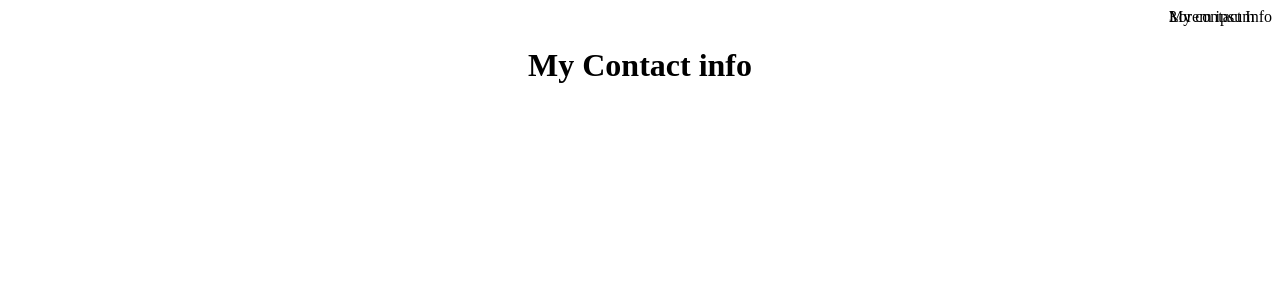
Repository: Melinda-Nanjad-Personal-Website/Personal-web
Page: contact.html
The author's editor kept a copy of each file at every save. The page is drawn from the files as they stood at one save, then again after the next save.
The browser window is 1280 px wide. The pictures show the whole page.

Above is the page before, as saved 2023-07-27 20:39:00.

### contact.html
<!DOCTYPE html>
<html lang="en">
<head>
    <meta charset="UTF-8">
    <meta name="viewport" content="width=device-width, initial-scale=1.0">
    <link rel="stylesheet" type="text/css" href="cf.css">
    <title>Contact Page</title>
</head>
<body>
    <div class="container">
        <div class="item item-1"> Lorem ipsum</div>
             <div class="item item-2"> My contact Info</div>
                <div class="item item-3"> 3</div>
    </div>

    <h1><center/>My Contact info</h1>
</body>
<main class="Contact info"
<article class="My contact Info"</article>
</html>

### cf.css
.border-primary-400{
    border: 2px solid #a775f1;
}

.container {
    display: grid;
   grid gap: 1.5rem;
    grid-template-columns: 1fr 1fr 1fr;
}

.item-1 {
    grid-row- span 2;
    grid-column: 1/5;
    grid-area: main;
}

.item-2 {
    grid-row: span 3;
    grid column: 1/5;
    grid-area:left
}

.item-3 {
    grid-row: span
    grid column 1/5;
    grid-area :right
}

After the next save:
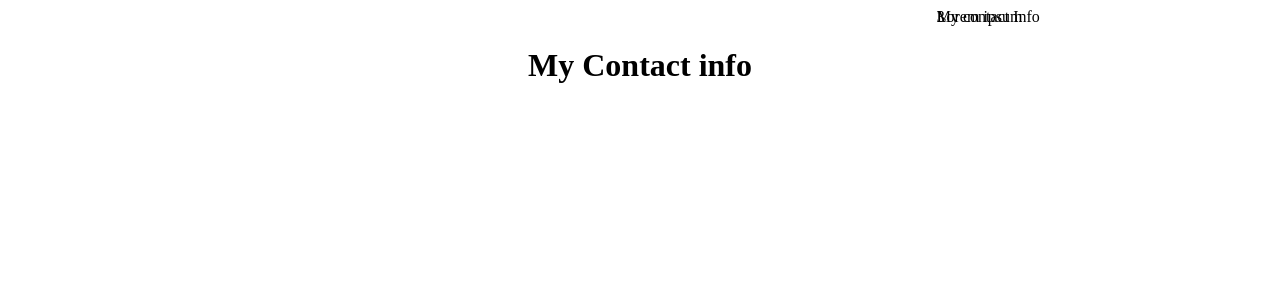
Saved 77 s later.
--- a/cf.css
+++ b/cf.css
@@ -5,7 +5,7 @@
 .container {
     display: grid;
    grid gap: 1.5rem;
-    grid-template-columns: 1fr 1fr 1fr;
+    grid-template-columns: auto auto auto;
 }
 
 .item-1 {
